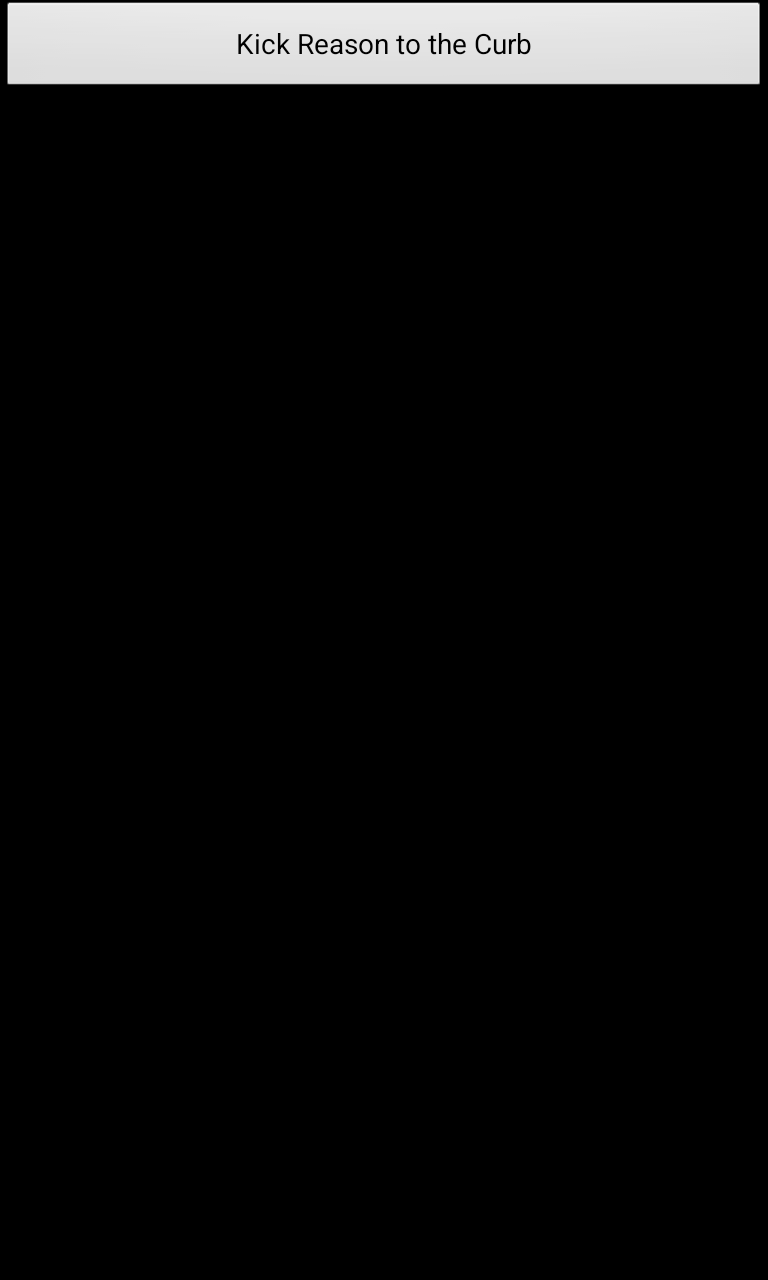
Repository: bobboau/INFO1-CE9705
Layout: rowrow/res/layout/main.xml
An editor plug-in stored every save of this project. The layout is shown before and after the next save, followed by the edit.
It is drawn on a 768 x 1280 px phone screen (xhdpi) without system bars, with theme android:Theme; the app's code is not run.

Above is the layout before, as saved 2011-10-31 13:45:29.

After the next save:
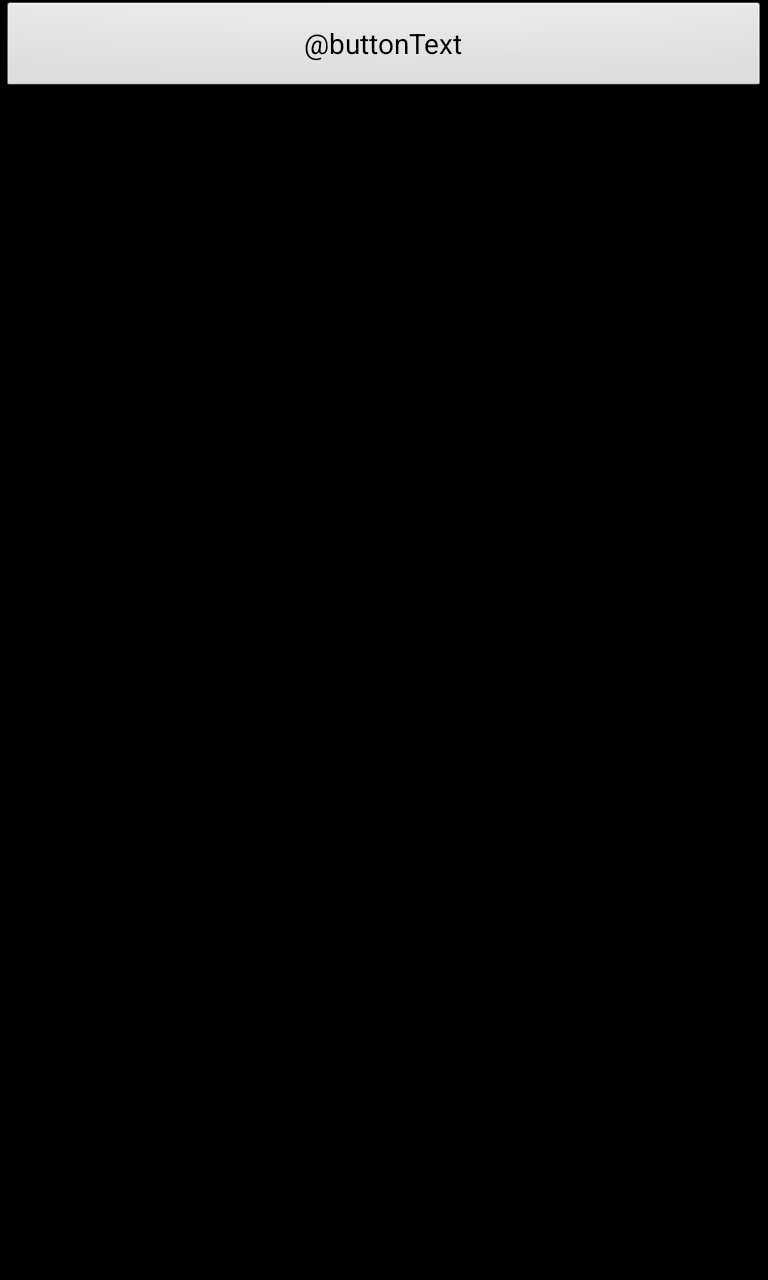
Saved 2 min 20 s later.
--- a/rowrow/res/layout/main.xml
+++ b/rowrow/res/layout/main.xml
@@ -8,7 +8,7 @@
         android:id="@+id/awesomeButton"
         android:layout_width="fill_parent"
         android:layout_height="wrap_content"
-        android:text="Kick Reason to the Curb" />
+        android:text="@buttonText" />
 
     <TextView
         android:id="@+id/textView1"

After the save that followed:
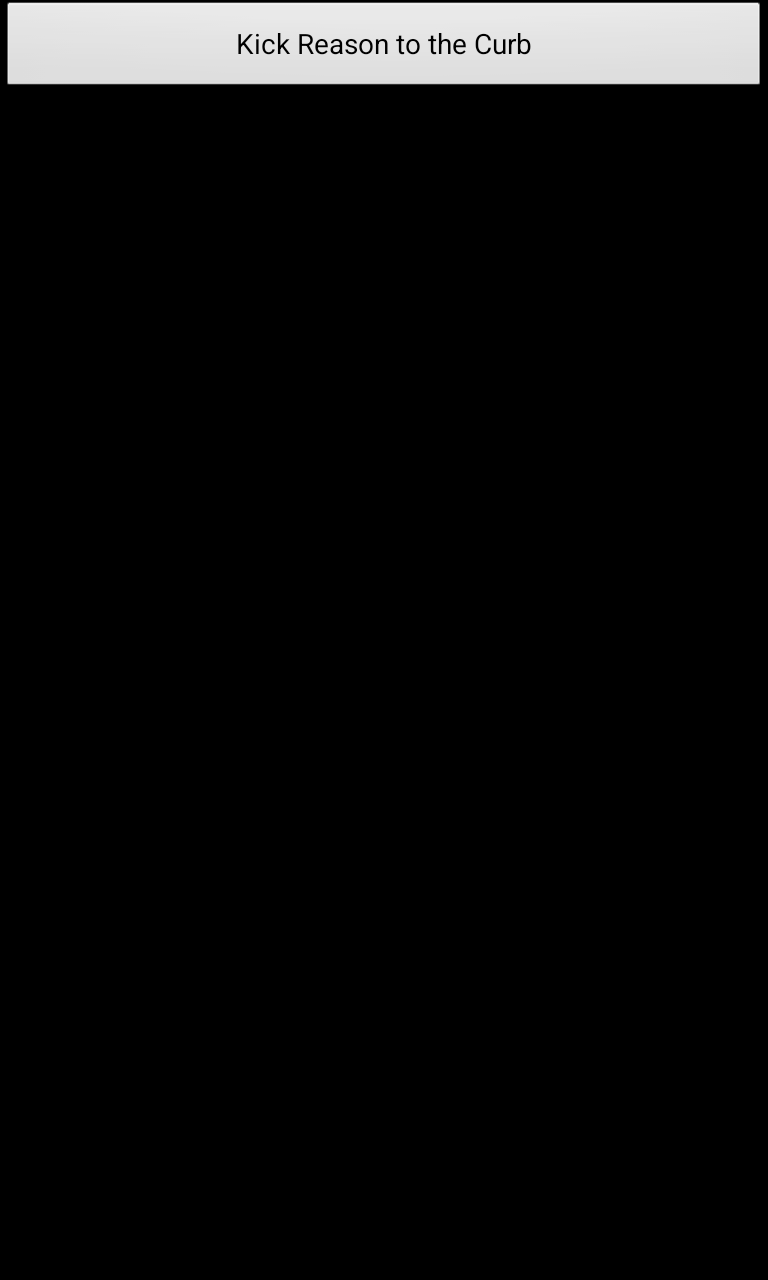
Saved 70 s later.
--- a/rowrow/res/layout/main.xml
+++ b/rowrow/res/layout/main.xml
@@ -8,7 +8,7 @@
         android:id="@+id/awesomeButton"
         android:layout_width="fill_parent"
         android:layout_height="wrap_content"
-        android:text="@buttonText" />
+        android:text="@string/buttonText" />
 
     <TextView
         android:id="@+id/textView1"
--- a/rowrow/res/values/strings.xml
+++ b/rowrow/res/values/strings.xml
@@ -1,7 +1,7 @@
 <?xml version="1.0" encoding="utf-8"?>
 <resources>
 
-    <string name="hello">Hello World, RowrowActivity!</string>
+    <string name="buttonText">Kick Reason to the Curb</string>
     <string name="app_name">Rowrow</string>
     <string name="verse1">DO THE IMPOSSIBLE&lt;br/&gt;SEE THE INVISIBLE</string>
     <string name="verse2">TOUCH THE UNTOUCHABLE&lt;br/&gt;BREAK THE UNBREAKABLE</string>
